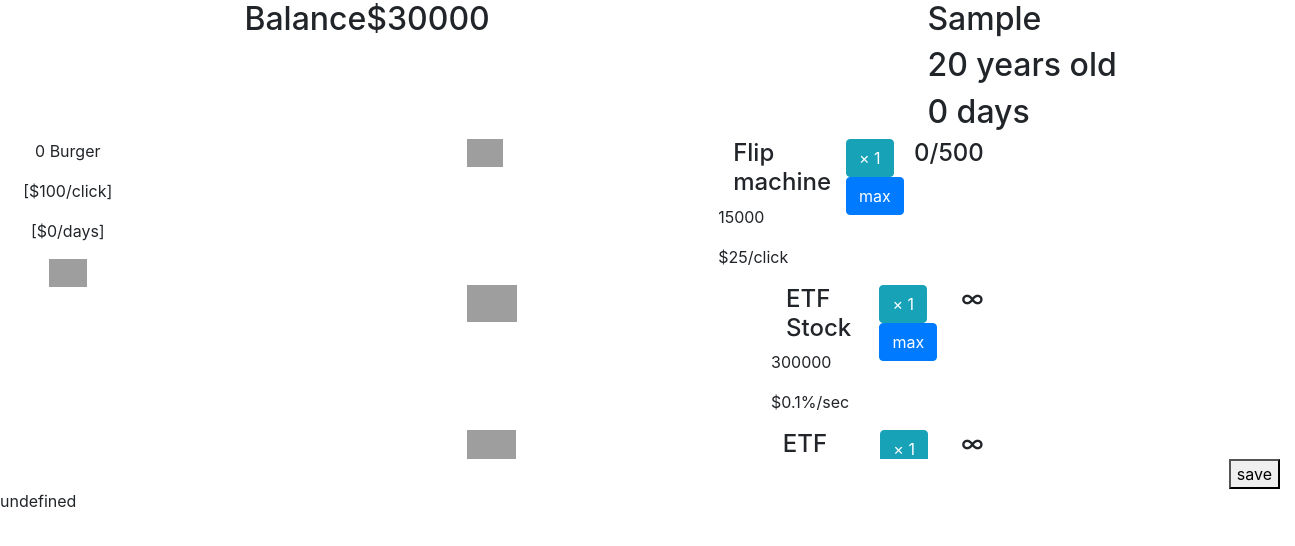
Repository: yu-yaba/Clicker-empire-game
Page: index.html
These files come from the project's save history. The page is drawn as it stood at one moment and after the next save; the edit follows.
The browser window is 1280 px wide. The page is 1295 px wide, then 1280 px, then 1295 px, so the pictures cover 1295 px, including what lies to the right of the window. The pictures show the whole page.
Empty fields were first filled with sample values (such as "Sample", 5 or name@example.com).
After loading, the first visible `button.btn` was clicked once.
Pictures or frames that could not be fetched are drawn as grey boxes.

Above is the page before, as saved 2023-01-23 19:58:46.

After the next save:
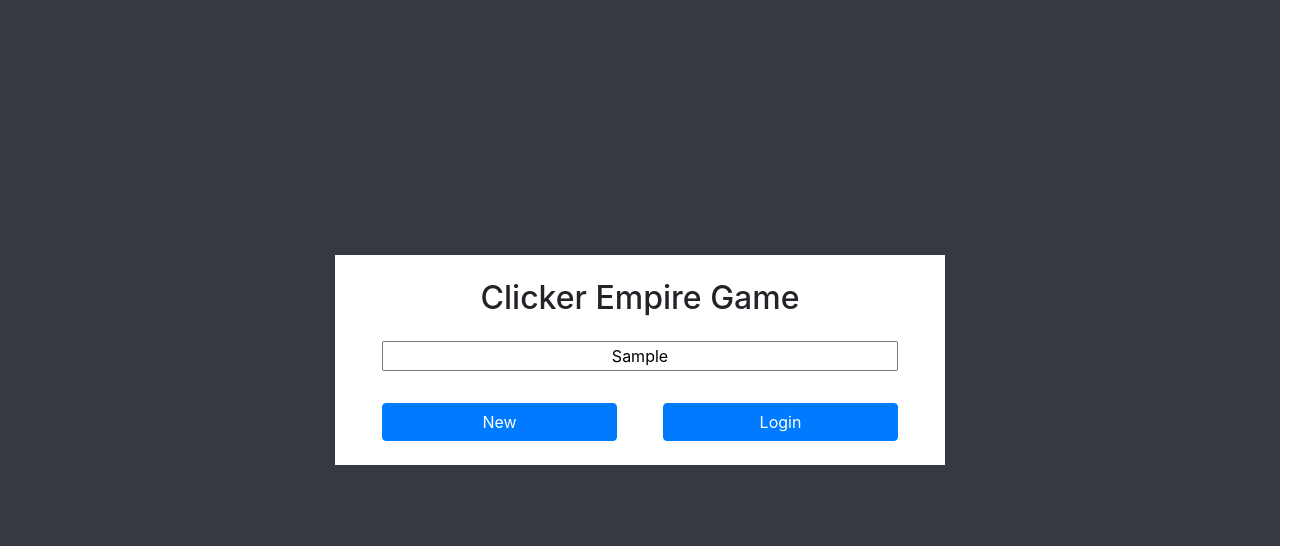
Console error: SyntaxError: Unexpected token ')'
Saved 5 s later.
--- a/text.js
+++ b/text.js
@@ -105,7 +105,7 @@
 function registerAccount () {
     let userData;
     if (config.userName.value == "yuya") userData = new UserAccount(yuya, 20, 0, 10000000, 100000, 1000, itemList, 0);
-
+    else if ()
     else userData = new UserAccount (config.userName.value, 20, 0, 30000, 100, 0, itemList, 0);
 
     displayNone(config.initialForm);

After the 6 saves that followed:
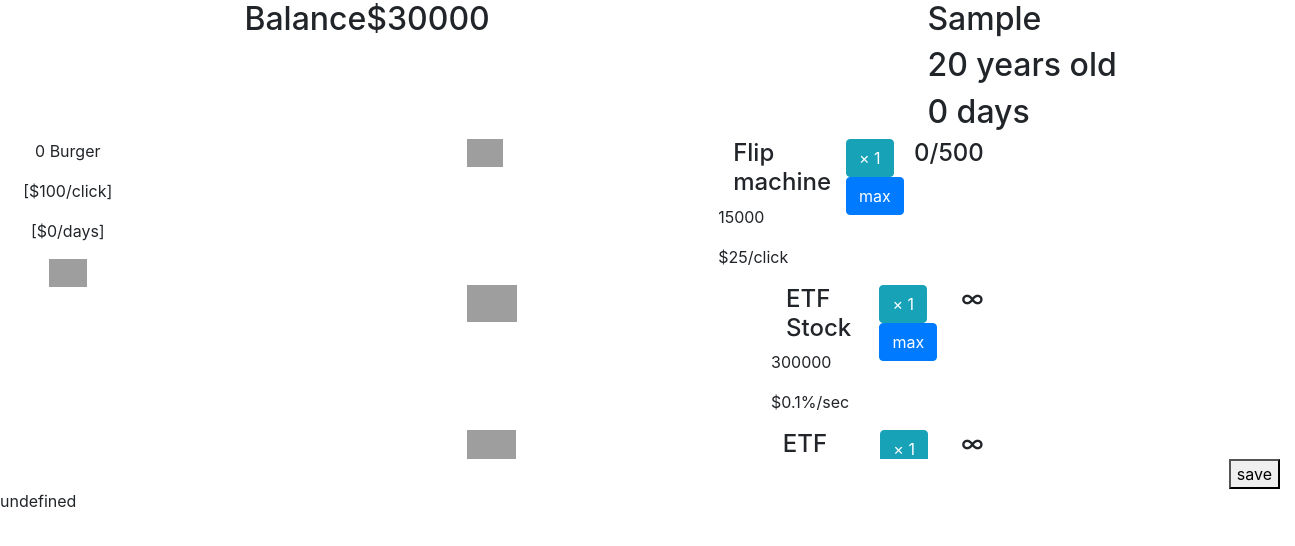
The error is gone.
The 6 saves are shown as one change because 3 left the picture as it was and some came seconds apart.
The last was saved 69 s later.
--- a/text.js
+++ b/text.js
@@ -105,7 +105,9 @@
 function registerAccount () {
     let userData;
     if (config.userName.value == "yuya") userData = new UserAccount(yuya, 20, 0, 10000000, 100000, 1000, itemList, 0);
-    else if ()
+    else if (config.userName.value == null) {
+        alert
+    }
     else userData = new UserAccount (config.userName.value, 20, 0, 30000, 100, 0, itemList, 0);
 
     displayNone(config.initialForm);
